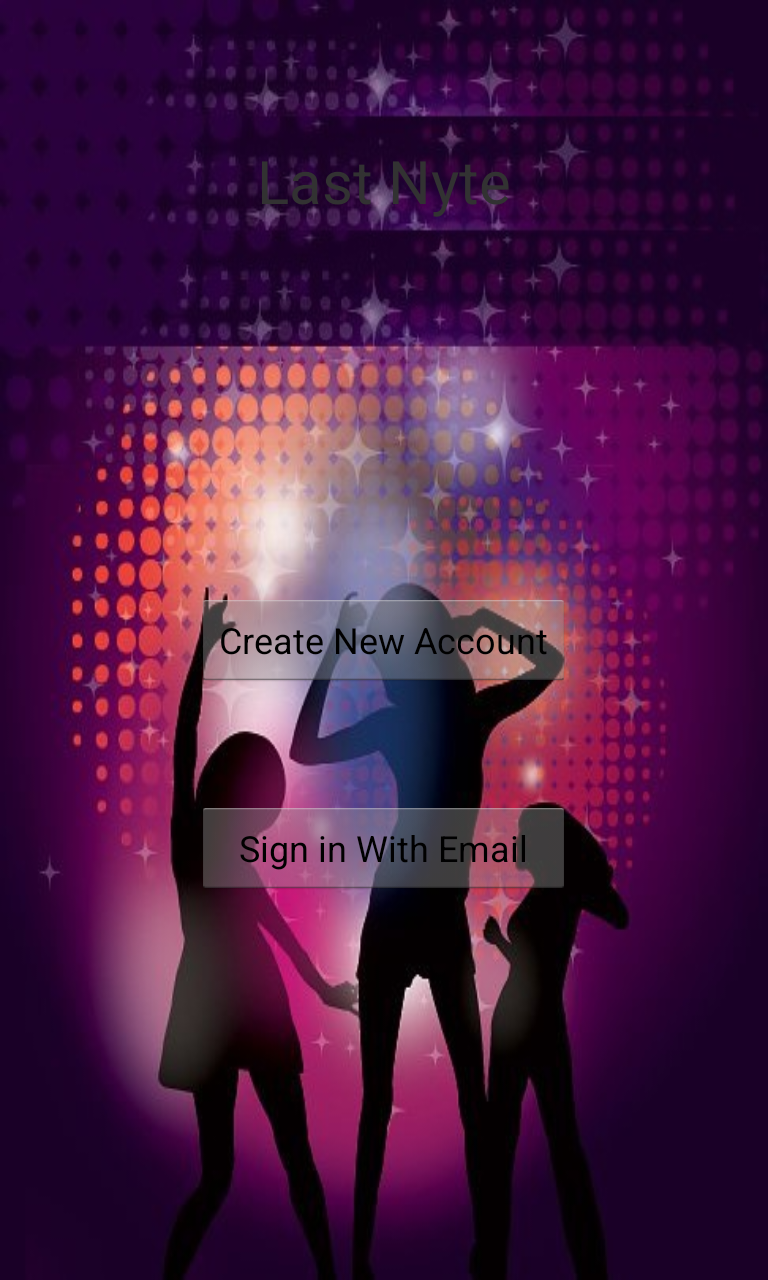
Repository: NarenPamza/Android_Template
Layout: LastNightParty/res/layout/activity_main.xml
The author's editor kept a copy of each file at every save. The layout is drawn from the files as they stood at one save, then again after the next save.
It is drawn on a 768 x 1280 px phone screen (xhdpi) without system bars, with theme AppTheme; the app's code is not run. The app's manifest (not shown) leaves right-to-left support off. So textAlignment, textDirection and layoutDirection are ignored, and left and right values win over start and end ones.

Above is the layout before, as saved 2015-12-26 12:07:48.

After the next save:
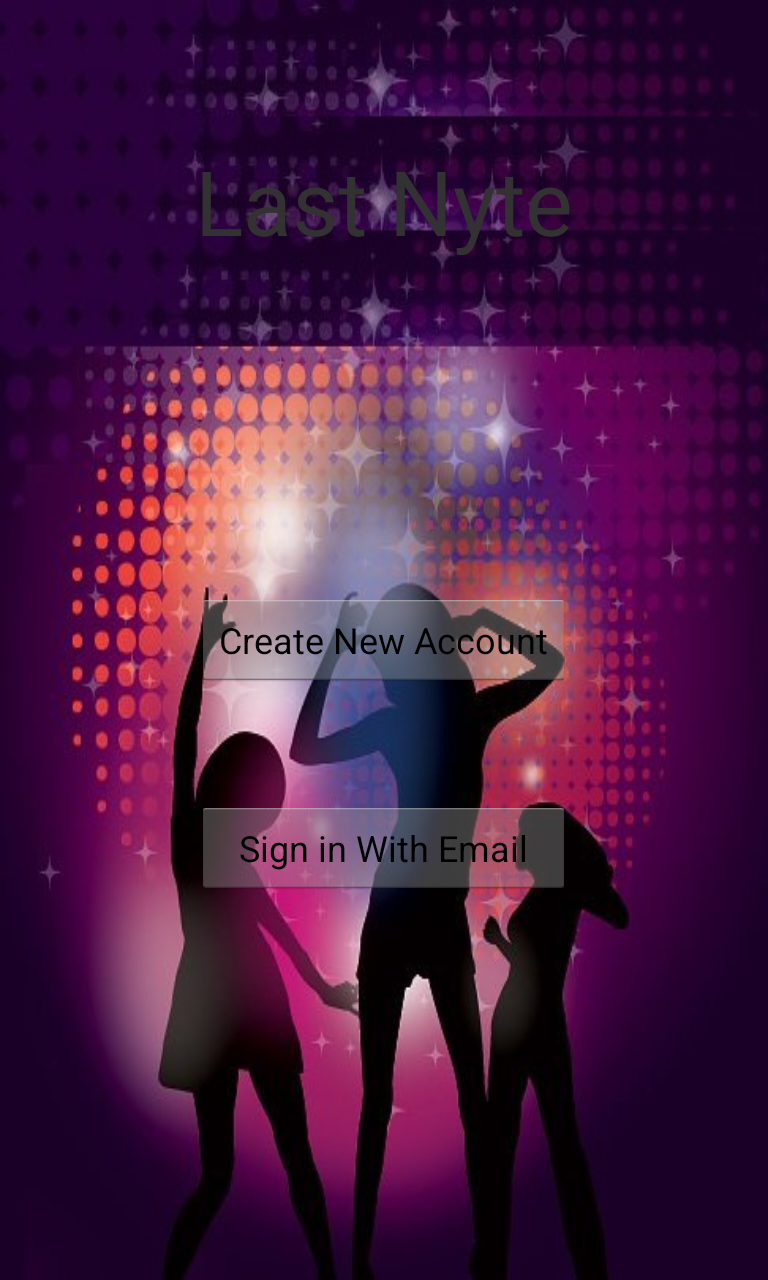
Saved 27 s later.
--- a/LastNightParty/res/layout/activity_main.xml
+++ b/LastNightParty/res/layout/activity_main.xml
@@ -26,8 +26,8 @@
         android:layout_alignParentTop="true"
         android:layout_centerHorizontal="true"
         android:layout_marginTop="54dp"
-        android:textSize="30sp"
-        android:text="@string/hello_world" />
+        android:text="@string/hello_world"
+        android:textSize="45sp" />
 
     <Button
         android:id="@+id/button1"
